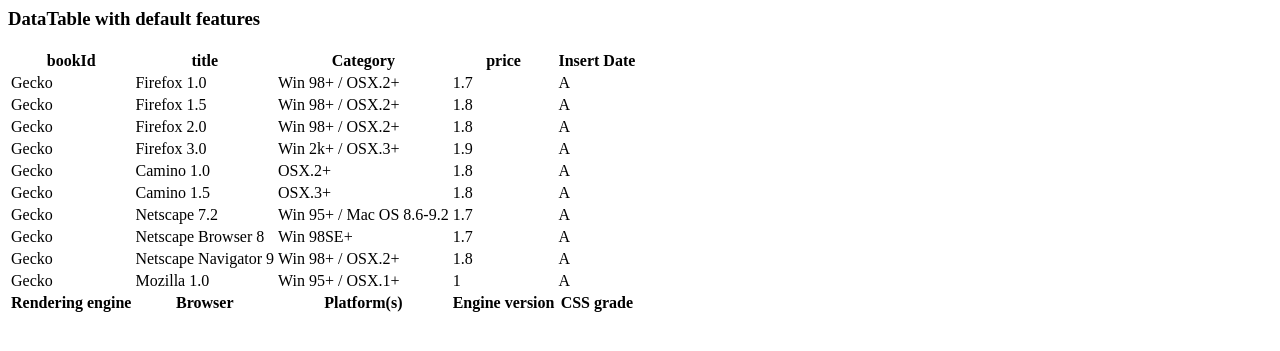
Repository: Dongmin09/EgvoProject
Page: http://localhost/egvoProject/WEB-INF/views/book/list.jsp
The author's editor kept a copy of each file at every save. The page is drawn from the files as they stood at one save, then again after the next save.
The browser window is 1280 px wide. The pictures show the whole page.
The page is served by Tomcat 9. Nobody is signed in. Other server files are loaded and not shown. The template is opened directly, without the code that normally fills it, so the values that code supplies are empty.

Above is the page before, as saved 2022-11-11 08:00:49.

### egvoProject/src/main/webapp/WEB-INF/views/book/list.jsp
<%@ page language="java" contentType="text/html; charset=UTF-8"%>
<%@ taglib prefix="c" uri="http://java.sun.com/jsp/jstl/core"%>
<div class="card">
   <div class="card-header">
      <h3 class="card-title">DataTable with default features</h3>
   </div>

   <div class="card-body">
      <div id="example1_wrapper" class="dataTables_wrapper dt-bootstrap4">
         <div class="row">
            <div class="col-sm-12">
               <table id="example1"
                  class="table table-bordered table-striped dataTable dtr-inline"
                  aria-describedby="example1_info">
                  <thead>
                     <tr>
                        <th class="sorting sorting_asc" tabindex="0"
                           aria-controls="example1" rowspan="1" colspan="1"
                           aria-sort="ascending"
                           aria-label="bookId: activate to sort column descending">bookId</th>
                        <th class="sorting" tabindex="0" aria-controls="example1"
                           rowspan="1" colspan="1"
                           aria-label="title: activate to sort column ascending">title</th>
                        <th class="sorting" tabindex="0" aria-controls="example1"
                           rowspan="1" colspan="1"
                           aria-label="Category:  activate to sort column ascending">Category</th>
                        <th class="sorting" tabindex="0" aria-controls="example1"
                           rowspan="1" colspan="1"
                           aria-label="price: activate to sort column ascending">price</th>
                        <th class="sorting" tabindex="0" aria-controls="example1"
                           rowspan="1" colspan="1"
                           aria-label="Insert Date: activate to sort column ascending">Insert Date</th>
                     </tr>
                  </thead>
                  <tbody>
                     <tr class="odd">
                        <td class="dtr-control sorting_1" tabindex="0">Gecko</td>
                        <td>Firefox 1.0</td>
                        <td>Win 98+ / OSX.2+</td>
                        <td>1.7</td>
                        <td>A</td>
                     </tr>
                     <tr class="even">
                        <td class="dtr-control sorting_1" tabindex="0">Gecko</td>
                        <td>Firefox 1.5</td>
                        <td>Win 98+ / OSX.2+</td>
                        <td>1.8</td>
                        <td>A</td>
                     </tr>
                     <tr class="odd">
                        <td class="dtr-control sorting_1" tabindex="0">Gecko</td>
                        <td>Firefox 2.0</td>
                        <td>Win 98+ / OSX.2+</td>
                        <td>1.8</td>
                        <td>A</td>
                     </tr>
                     <tr class="even">
                        <td class="dtr-control sorting_1" tabindex="0">Gecko</td>
                        <td>Firefox 3.0</td>
                        <td>Win 2k+ / OSX.3+</td>
                        <td>1.9</td>
                        <td>A</td>
                     </tr>
                     <tr class="odd">
                        <td class="sorting_1 dtr-control">Gecko</td>
                        <td>Camino 1.0</td>
                        <td>OSX.2+</td>
                        <td>1.8</td>
                        <td>A</td>
                     </tr>
                     <tr class="even">
                        <td class="sorting_1 dtr-control">Gecko</td>
                        <td>Camino 1.5</td>
                        <td>OSX.3+</td>
                        <td>1.8</td>
                        <td>A</td>
                     </tr>
                     <tr class="odd">
                        <td class="sorting_1 dtr-control">Gecko</td>
                        <td>Netscape 7.2</td>
                        <td>Win 95+ / Mac OS 8.6-9.2</td>
                        <td>1.7</td>
                        <td>A</td>
                     </tr>
                     <tr class="even">
                        <td class="sorting_1 dtr-control">Gecko</td>
                        <td>Netscape Browser 8</td>
                        <td>Win 98SE+</td>
                        <td>1.7</td>
                        <td>A</td>
                     </tr>
                     <tr class="odd">
                        <td class="sorting_1 dtr-control">Gecko</td>
                        <td>Netscape Navigator 9</td>
                        <td>Win 98+ / OSX.2+</td>
                        <td>1.8</td>
                        <td>A</td>
                     </tr>
                     <tr class="even">
                        <td class="sorting_1 dtr-control">Gecko</td>
                        <td>Mozilla 1.0</td>
                        <td>Win 95+ / OSX.1+</td>
                        <td>1</td>
                        <td>A</td>
                     </tr>
                  </tbody>
                  <tfoot>
                     <tr>
                        <th rowspan="1" colspan="1">Rendering engine</th>
                        <th rowspan="1" colspan="1">Browser</th>
                        <th rowspan="1" colspan="1">Platform(s)</th>
                        <th rowspan="1" colspan="1">Engine version</th>
                        <th rowspan="1" colspan="1">CSS grade</th>
                     </tr>
                  </tfoot>
               </table>
            </div>
         </div>
         <div class="row">
<!--             <div class="col-sm-12 col-md-7"> -->
<!--                <div class="dataTables_paginate paging_simple_numbers" -->
<!--                   id="example1_paginate"> -->
<!--                   <ul class="pagination"> -->
<!--                      <li class="paginate_button page-item previous disabled" -->
<!--                         id="example1_previous"><a href="#" aria-controls="example1" -->
<!--                         data-dt-idx="0" tabindex="0" class="page-link">Previous</a></li> -->
<!--                      <li class="paginate_button page-item active"><a href="#" -->
<!--                         aria-controls="example1" data-dt-idx="1" tabindex="0" -->
<!--                         class="page-link">1</a></li> -->
<!--                      <li class="paginate_button page-item "><a href="#" -->
<!--                         aria-controls="example1" data-dt-idx="2" tabindex="0" -->
<!--                         class="page-link">2</a></li> -->
<!--                      <li class="paginate_button page-item "><a href="#" -->
<!--                         aria-controls="example1" data-dt-idx="3" tabindex="0" -->
<!--                         class="page-link">3</a></li> -->
<!--                      <li class="paginate_button page-item "><a href="#" -->
<!--                         aria-controls="example1" data-dt-idx="4" tabindex="0" -->
<!--                         class="page-link">4</a></li> -->
<!--                      <li class="paginate_button page-item "><a href="#" -->
<!--                         aria-controls="example1" data-dt-idx="5" tabindex="0" -->
<!--                         class="page-link">5</a></li> -->
<!--                      <li class="paginate_button page-item "><a href="#" -->
<!--                         aria-controls="example1" data-dt-idx="6" tabindex="0" -->
<!--                         class="page-link">6</a></li> -->
<!--                      <li class="paginate_button page-item next" id="example1_next"><a -->
<!--                         href="#" aria-controls="example1" data-dt-idx="7" tabindex="0" -->
<!--                         class="page-link">Next</a></li> -->
<!--                   </ul> -->
<!--                </div> -->
<!--             </div> -->
         </div>
      </div>
   </div>

</div>

After the next save:
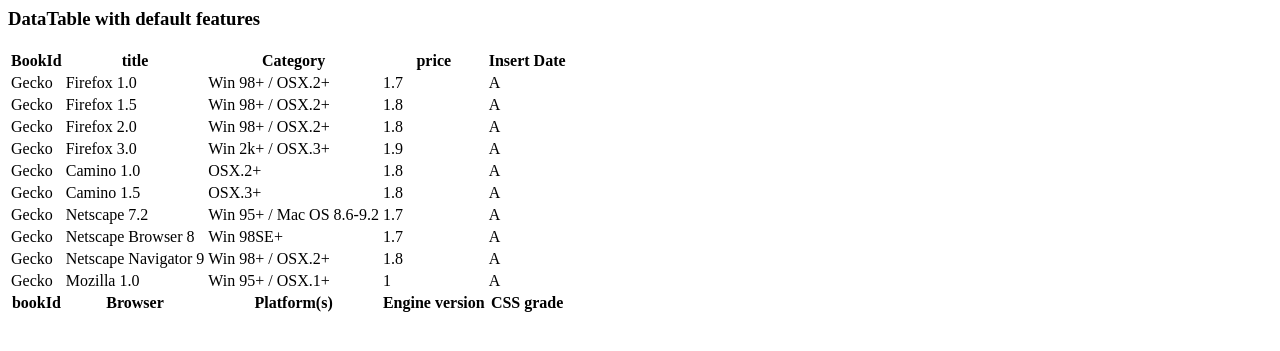
Saved 88 s later.
--- a/egvoProject/src/main/webapp/WEB-INF/views/book/list.jsp
+++ b/egvoProject/src/main/webapp/WEB-INF/views/book/list.jsp
@@ -17,7 +17,7 @@
                         <th class="sorting sorting_asc" tabindex="0"
                            aria-controls="example1" rowspan="1" colspan="1"
                            aria-sort="ascending"
-                           aria-label="bookId: activate to sort column descending">bookId</th>
+                           aria-label="BookId: activate to sort column descending">BookId</th>
                         <th class="sorting" tabindex="0" aria-controls="example1"
                            rowspan="1" colspan="1"
                            aria-label="title: activate to sort column ascending">title</th>
@@ -106,7 +106,7 @@
                   </tbody>
                   <tfoot>
                      <tr>
-                        <th rowspan="1" colspan="1">Rendering engine</th>
+                        <th rowspan="1" colspan="1">bookId</th>
                         <th rowspan="1" colspan="1">Browser</th>
                         <th rowspan="1" colspan="1">Platform(s)</th>
                         <th rowspan="1" colspan="1">Engine version</th>
